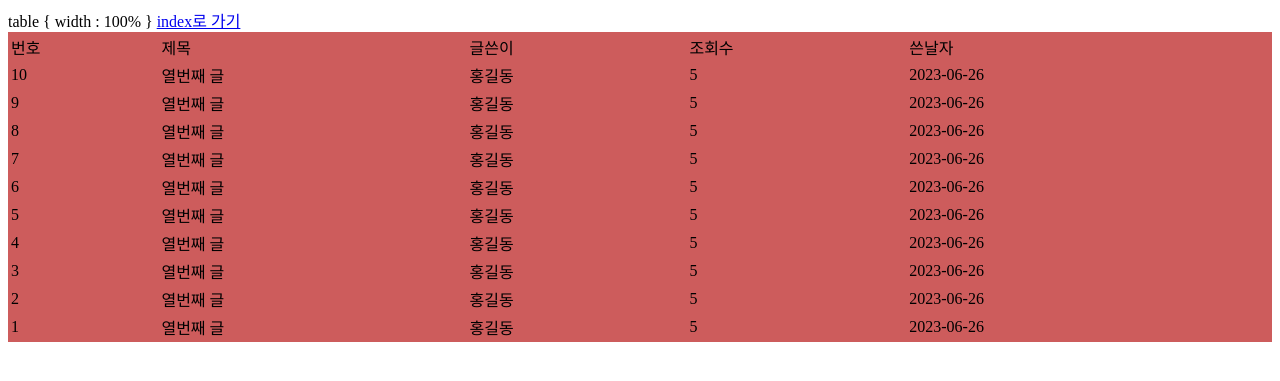
Repository: popll1/Pleiades
Page: http://localhost/jun261/main.jsp
The author's editor kept a copy of each file at every save. The page is drawn from the files as they stood at one save, then again after the next save.
The browser window is 1280 px wide. The pictures show the whole page.
The page is served by Tomcat 9.

Above is the page before, as saved 2023-06-26 06:17:49.

### jun261/src/main/webapp/main.jsp
<%@ page language="java" contentType="text/html; charset=EUC-KR"
    pageEncoding="UTF-8"%>
<!DOCTYPE html>
<html>
<head>
<meta charset="EUC-KR">
<title>main</title>
<style type="text/css"></style>
table {
width : 100%
}
</head>
<body>
	<a href = "./index.jsp">index로 가기 </a>
	<table style = "width: 100%; height : 300px; background-color: #CD5C5C;">
		<tr>
			<td style ="width = 10%">번호</td>
			<td style ="width = 50%">제목</td>
			<td style ="width = 10%">글쓴이</td>
			<td style ="width = 10%">조회수</td>
			<td style ="width = 20%">쓴날자</td>
		</tr>
		<%for(int i = 10; i > 0; i--){ %>
		<tr>
			<td ><%=i %></td>
			<td>열번째 글</td>
			<td>홍길동</td>
			<td>5</td>
			<td>2023-06-26</td>
		</tr>
		<%} %>
		</table>
</body>
</html>

After the next save:
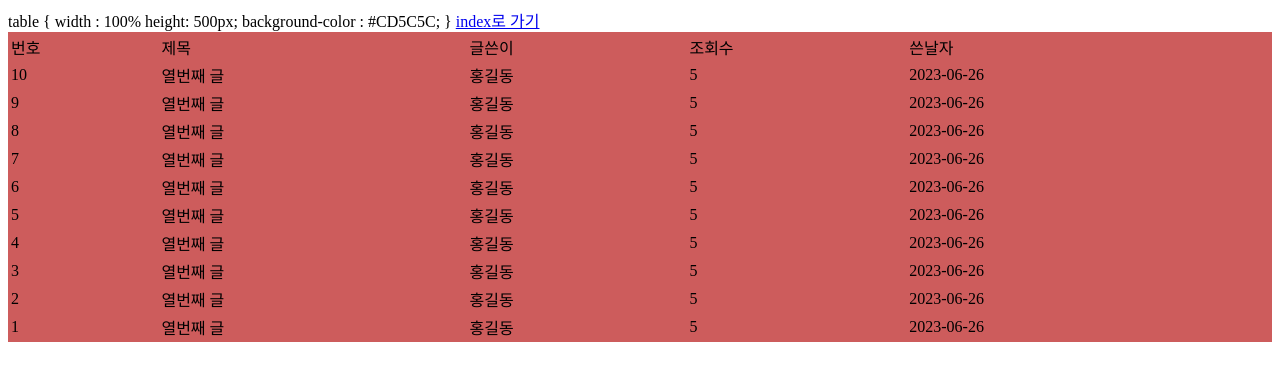
Saved 39 s later.
--- a/jun261/src/main/webapp/main.jsp
+++ b/jun261/src/main/webapp/main.jsp
@@ -8,6 +8,8 @@
 <style type="text/css"></style>
 table {
 width : 100%
+height: 500px;
+background-color : #CD5C5C;
 }
 </head>
 <body>
